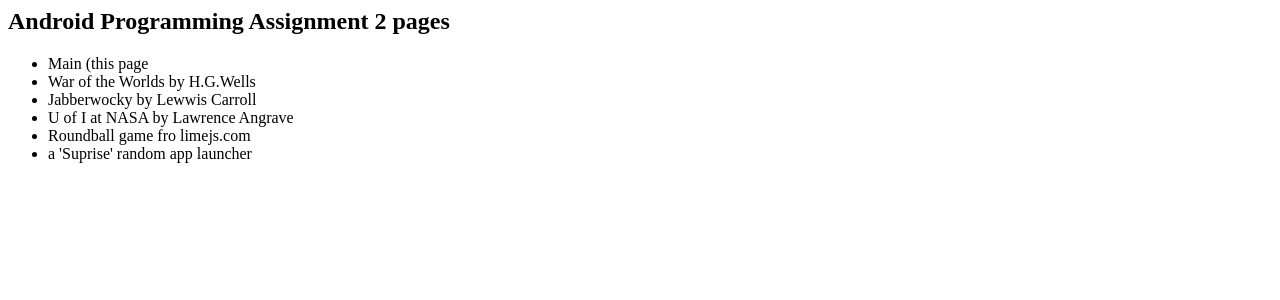
Repository: hdemby/workspace
Page: DroidProj2/assets/index.html
An editor plug-in stored every save of this project. The page is shown before and after the next save, followed by the edit.
The browser window is 1280 px wide. The pictures show the whole page.

Above is the page before, as saved 2014-11-22 18:29:55.

### DroidProj2/assets/index.html
<html>
<head>
<title>Assignment 2 App</title>
</head>
<body>
<h2>Android Programming Assignment 2 pages</h2>
<ul>
<li>Main (this page</li>
<li>War of the Worlds by H.G.Wells</li>
<li>Jabberwocky by Lewwis Carroll</li>
<li>U of I at NASA by Lawrence Angrave</li>
<li>Roundball game fro  limejs.com</li>
<li>a 'Suprise' random app launcher</li>
</ul>

</body>
</html>

After the next save:
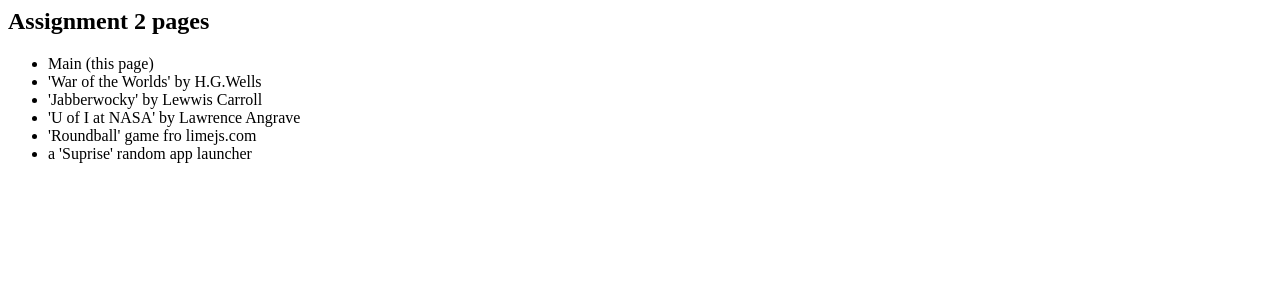
Saved 80 s later.
--- a/DroidProj2/assets/index.html
+++ b/DroidProj2/assets/index.html
@@ -3,13 +3,13 @@
 <title>Assignment 2 App</title>
 </head>
 <body>
-<h2>Android Programming Assignment 2 pages</h2>
+<h2>Assignment 2 pages</h2>
 <ul>
-<li>Main (this page</li>
-<li>War of the Worlds by H.G.Wells</li>
-<li>Jabberwocky by Lewwis Carroll</li>
-<li>U of I at NASA by Lawrence Angrave</li>
-<li>Roundball game fro  limejs.com</li>
+<li>Main (this page)</li>
+<li>'War of the Worlds' by H.G.Wells</li>
+<li>'Jabberwocky' by Lewwis Carroll</li>
+<li>'U of I at NASA' by Lawrence Angrave</li>
+<li>'Roundball' game fro  limejs.com</li>
 <li>a 'Suprise' random app launcher</li>
 </ul>
 
